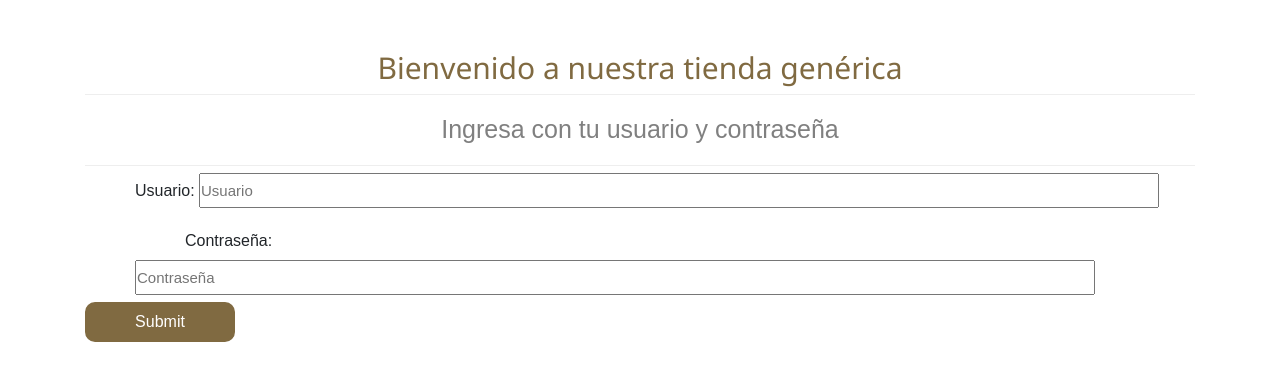
Repository: andresrojas686/tiendaGenericaMintic
Page: primerJSP/src/main/webapp/index.html
The author's editor kept a copy of each file at every save. The page is drawn from the files as they stood at one save, then again after the next save.
The browser window is 1280 px wide. The pictures show the whole page.

Above is the page before, as saved 2021-09-15 15:39:09.

After the next save:
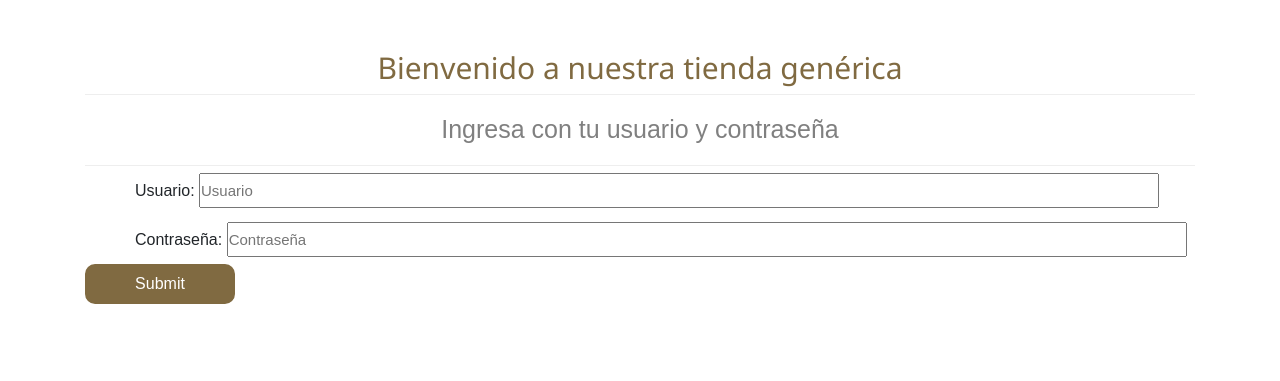
Saved 39 s later.
--- a/primerJSP/src/main/webapp/index.html
+++ b/primerJSP/src/main/webapp/index.html
@@ -22,7 +22,7 @@
 								<input type="text" name="usuario" placeholder="Usuario" id="usuario">
 							</label>
 							<label for="pass">
-								<label>Contraseña:</label>
+								<span>Contraseña:</span>
 								<input type="password" name="pass" placeholder="Contraseña" id="pass">
 							</label>
 							<div>
